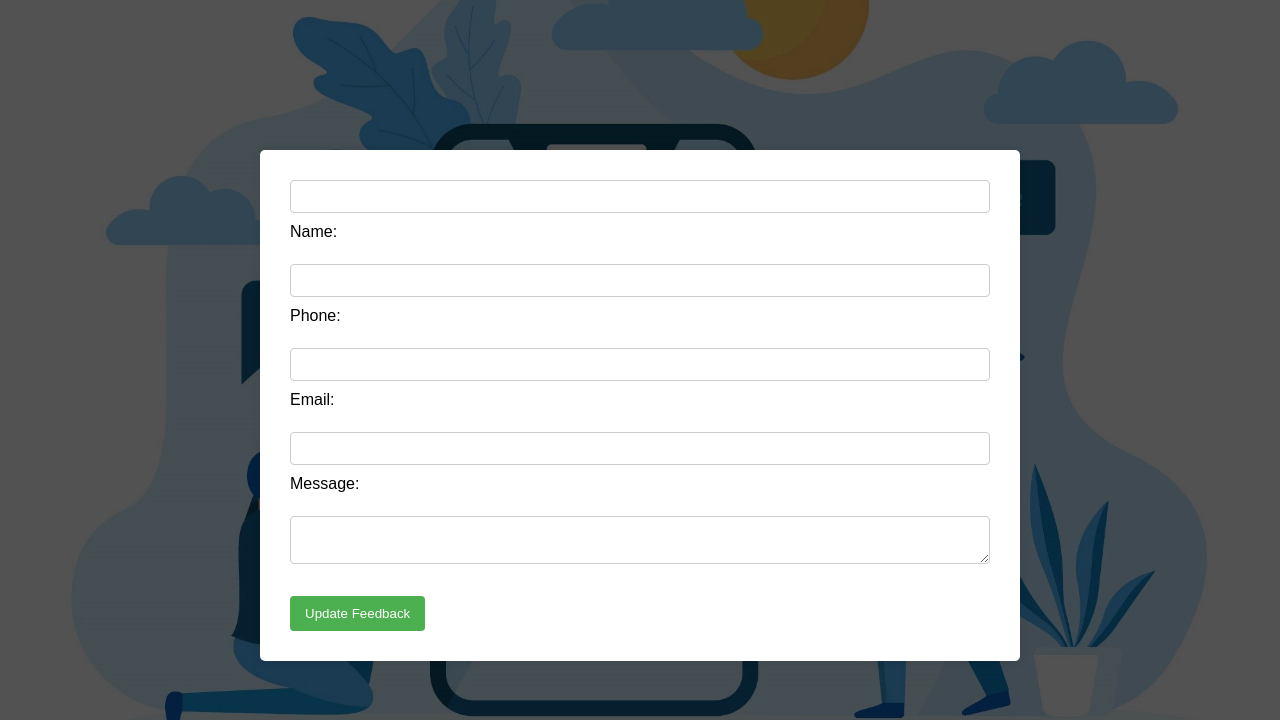
Repository: ARjayawickrama/laundry_management_system-Java
Page: http://localhost/laundry/update_feedback.jsp
An editor plug-in stored every save of this project. The page is shown before and after the next save, followed by the edit.
The browser window is 1280 px wide. The pictures show the whole page.
The page is served by Tomcat 9.

Above is the page before, as saved 2024-04-21 16:37:28.

After the next save:
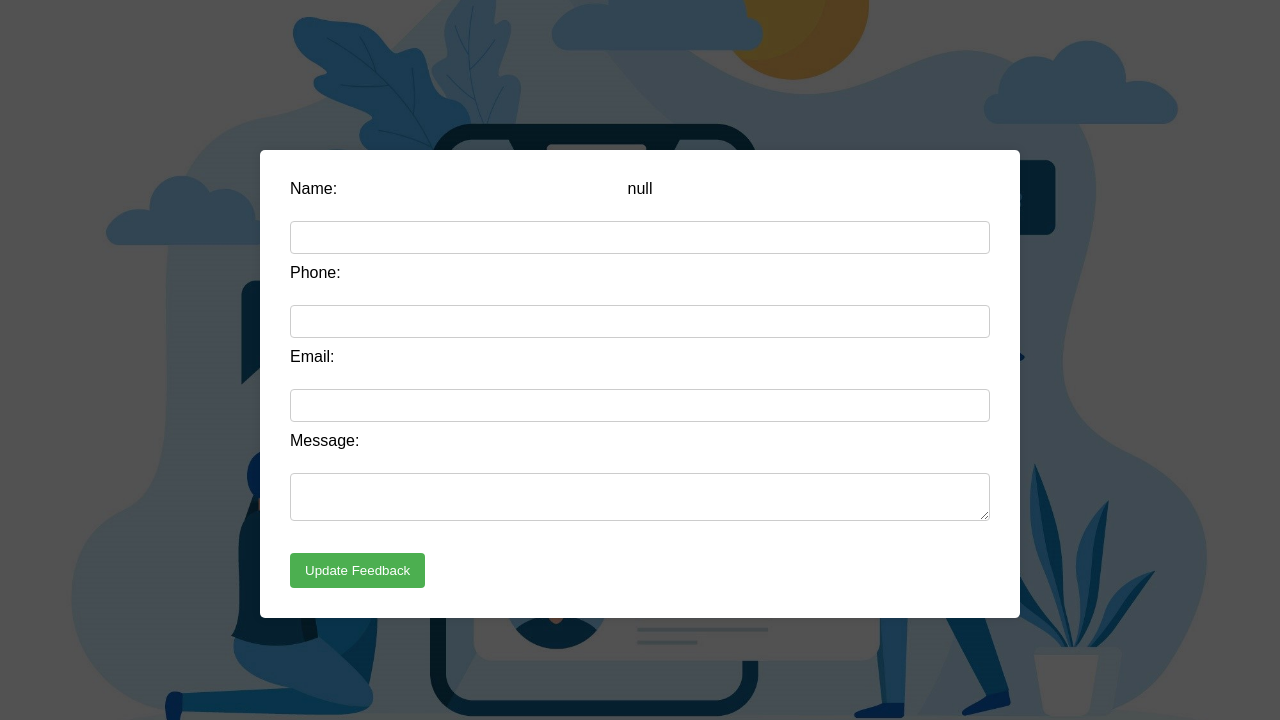
Saved 113 s later.
--- a/Laundry_OOP/laundry/src/main/webapp/update_feedback.jsp
+++ b/Laundry_OOP/laundry/src/main/webapp/update_feedback.jsp
@@ -64,7 +64,8 @@
 </head>
 <body>
   <form action="UpdateFeed" method="post">
-        <input type="text" name="id" value="${param.id}" />
+    <div><%= request.getParameter("id") %></div>
+
         <label for="name">Name:</label><br>
         <input type="text" id="name" name="name" value="${param.name}" required><br>
         <label for="phone">Phone:</label><br>

After the save that followed:
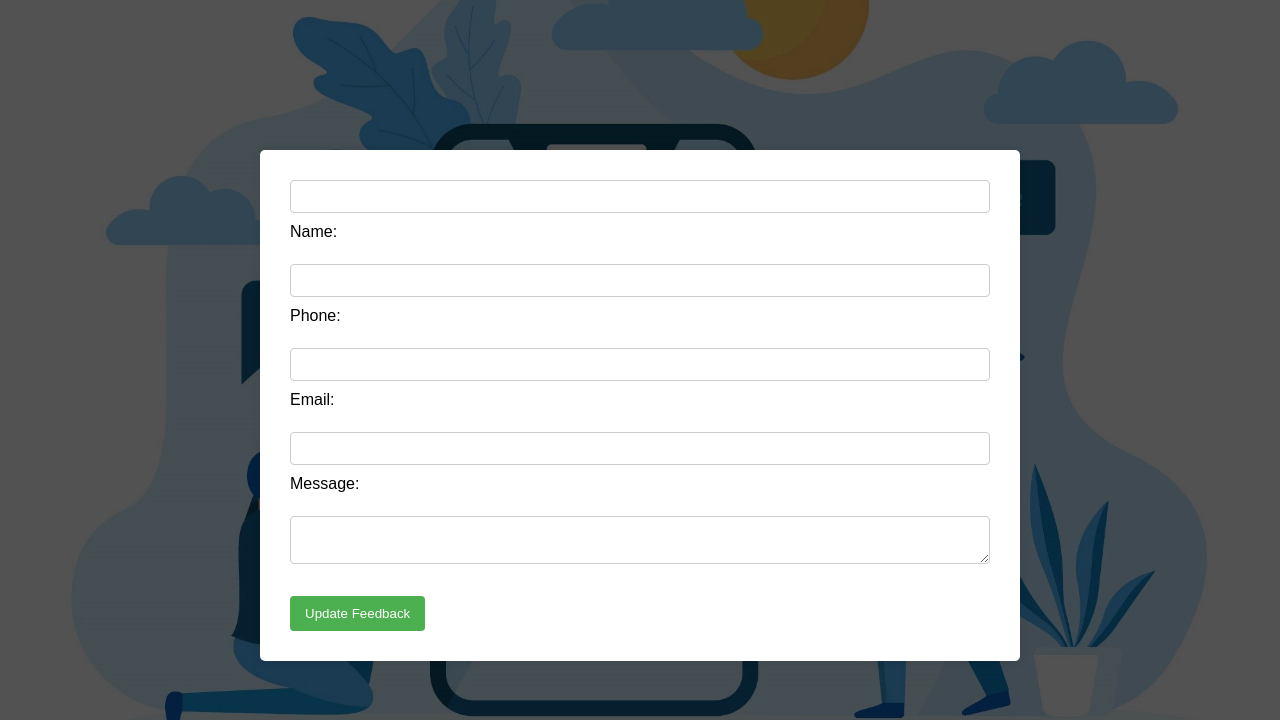
Saved 36 s later.
--- a/Laundry_OOP/laundry/src/main/webapp/update_feedback.jsp
+++ b/Laundry_OOP/laundry/src/main/webapp/update_feedback.jsp
@@ -64,8 +64,7 @@
 </head>
 <body>
   <form action="UpdateFeed" method="post">
-    <div><%= request.getParameter("id") %></div>
-
+        <input type="text" name="id" value="${param.id}" />
         <label for="name">Name:</label><br>
         <input type="text" id="name" name="name" value="${param.name}" required><br>
         <label for="phone">Phone:</label><br>
